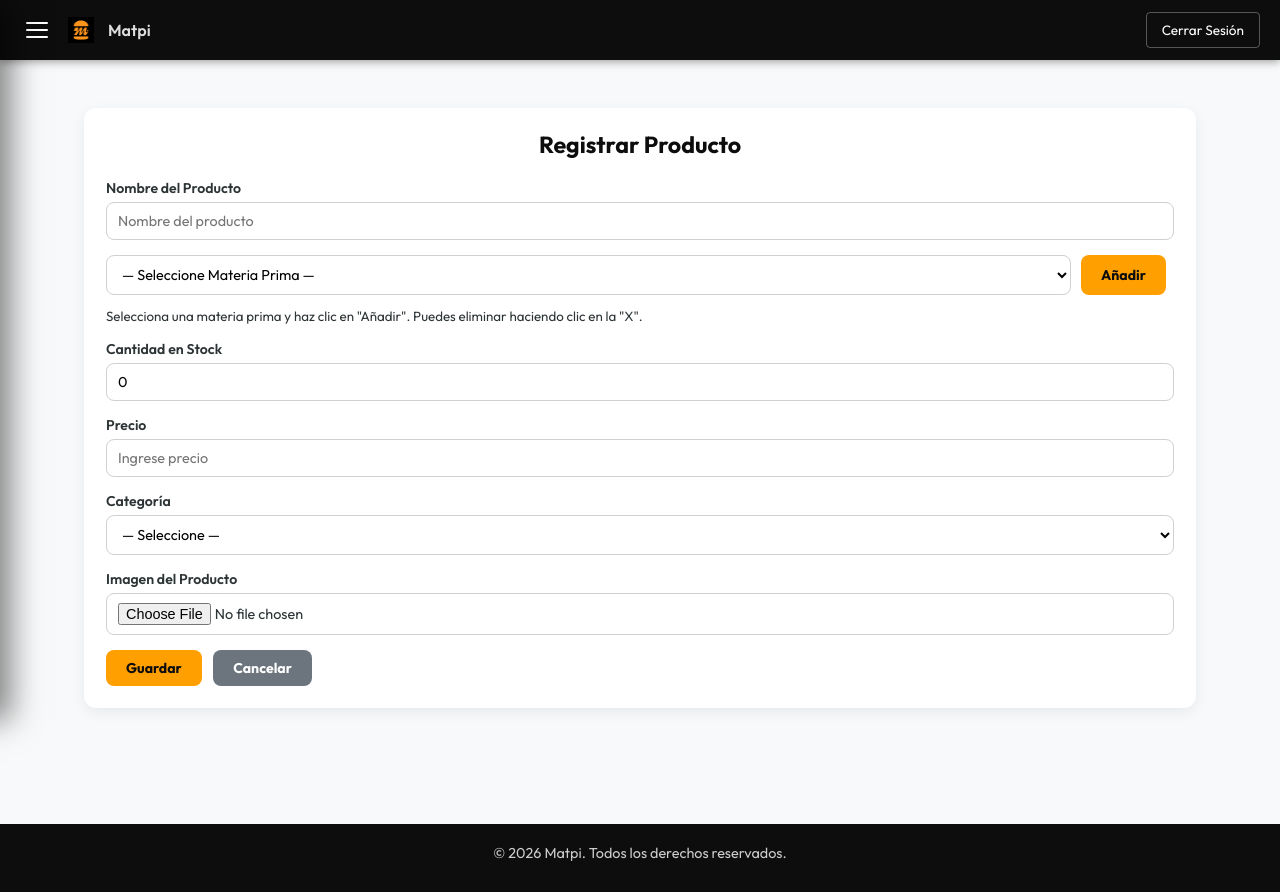
Repository: JuanFelipeNieto/MATPI-Python
Page: MATPI/productos/templates/productos/registrar.html
An editor plug-in stored every save of this project. The page is shown before and after the next save, followed by the edit.
The browser window is 1280 px wide. The pictures show the whole page.
The template is drawn by Django 5.2. The application's start-up code is not run. Other server files are loaded and not shown. The template is opened directly, without the code that normally fills it, so the values that code supplies are empty.

Above is the page before, as saved 2026-03-17 18:38:02.

### MATPI/productos/templates/productos/registrar.html
{% extends 'base.html' %}

{% block title %}Registrar Producto — Matpi{% endblock %}

{% block content %}
<div class="formulario-seccion">
    <h1>Registrar Producto</h1>

    <form method="POST" action="{% url 'registrar_producto' %}" enctype="multipart/form-data">
        {% csrf_token %}



        <div class="form-group">
            <label for="txt_nombre">Nombre del Producto</label>
            <input type="text" id="txt_nombre" name="txt_nombre" placeholder="Nombre del producto" required>
        </div>

        <div class="form-group">
            <label for="sel_materia"></label>
            <div style="display: flex; gap: 10px; margin-bottom: 10px;">
                <select id="sel_materia" class="form-control" style="flex-grow: 1;">
                    <option value="">— Seleccione Materia Prima —</option>
                    {% for materia in materias_primas %}
                        <option value="{{ materia.nombre_materia_prima }}">{{ materia.nombre_materia_prima }} ({{ materia.unidad_medida }})</option>
                    {% endfor %}
                </select>
                <button type="button" id="btn_add_materia" class="btn btn-consultar" style="width: auto;">Añadir</button>
            </div>

            <ul id="lista_materias" style="list-style: none; padding: 0; display: flex; flex-wrap: wrap; gap: 8px;">
                <!-- Aquí se añadirán las materias seleccionadas -->
            </ul>

            <input type="hidden" id="txt_descripcion" name="txt_descripcion" value="">
            <small>Selecciona una materia prima y haz clic en "Añadir". Puedes eliminar haciendo clic en la "X".</small>
        </div>

        <script>
            document.addEventListener('DOMContentLoaded', function() {
                const selMateria = document.getElementById('sel_materia');
                const btnAdd = document.getElementById('btn_add_materia');
                const listaMaterias = document.getElementById('lista_materias');
                const hiddenDesc = document.getElementById('txt_descripcion');

                let materiasSeleccionadas = [];

                function actualizarHidden() {
                    hiddenDesc.value = materiasSeleccionadas.join(', ');
                }

                function renderLista() {
                    listaMaterias.innerHTML = '';
                    materiasSeleccionadas.forEach((materia, index) => {
                        const li = document.createElement('li');
                        li.style.backgroundColor = '#f0f0f0';
                        li.style.padding = '5px 12px';
                        li.style.borderRadius = '20px';
                        li.style.display = 'flex';
                        li.style.alignItems = 'center';
                        li.style.gap = '8px';
                        li.style.fontSize = '0.9em';
                        li.style.border = '1px solid #ddd';

                        li.innerHTML = `
                            <span>${materia}</span>
                            <span style="cursor: pointer; color: #ff4d4d; font-weight: bold;" onclick="eliminarMateria(${index})">×</span>
                        `;
                        listaMaterias.appendChild(li);
                    });
                }

                window.eliminarMateria = function(index) {
                    materiasSeleccionadas.splice(index, 1);
                    renderLista();
                    actualizarHidden();
                };

                btnAdd.addEventListener('click', function() {
                    const valor = selMateria.value;
                    if (valor && !materiasSeleccionadas.includes(valor)) {
                        materiasSeleccionadas.push(valor);
                        renderLista();
                        actualizarHidden();
                        selMateria.value = '';
                    } else if (materiasSeleccionadas.includes(valor)) {
                        alert('Esta materia ya ha sido añadida.');
                    }
                });
            });
        </script>

        <div class="form-group">
            <label for="txt_cantidad">Cantidad en Stock</label>
            <input type="number" id="txt_cantidad" name="txt_cantidad" placeholder="0" value="0">
        </div>

        <div class="form-group">
            <label for="txt_precio">Precio</label>
            <input type="number" id="txt_precio" name="txt_precio" placeholder="Ingrese precio" required>
        </div>

        <div class="form-group">
            <label for="txt_categoria">Categoría</label>
            <select id="txt_categoria" name="txt_categoria">
                <option value="">— Seleccione —</option>
                <option value="Hamburguesas">Hamburguesas</option>
                <option value="Perros Calientes">Perros Calientes</option>
                <option value="Entradas y Snacks">Entradas y Snacks</option>
                <option value="Combos">Combos</option>
                <option value="Bebidas">Bebidas</option>
                <option value="Postres">Postres</option>
                <option value="Adiciones">Adiciones</option>
                <option value="Salsas">Salsas</option>
            </select>
        </div>

        <div class="form-group">
            <label for="txt_imagen">Imagen del Producto</label>
            <input type="file" id="txt_imagen" name="txt_imagen" accept="image/*">
        </div>

        <button type="submit" class="btn btn-guardar">Guardar</button>
        <a href="{% url 'listar_productos' %}" class="btn btn-cancelar">Cancelar</a>
    </form>
</div>
{% endblock %}

### MATPI/templates/base.html
{% load static %}
<!DOCTYPE html>
<html lang="es">

<head>
    <meta charset="UTF-8">
    <meta name="viewport" content="width=device-width, initial-scale=1.0">
    <title>{% block title %}Matpi{% endblock %}</title>
    <link rel="icon" href="{% static 'img/Favicon.png' %}">
    <link rel="preconnect" href="https://fonts.googleapis.com">
    <link rel="preconnect" href="https://fonts.gstatic.com" crossorigin>
    <link href="https://fonts.googleapis.com/css2?family=Outfit:wght@300;400;600;700&display=swap" rel="stylesheet">
    <link rel="stylesheet" href="{% static 'css/matpi.css' %}">
    {% block extra_css %}{% endblock %}
</head>

<body>

    <div class="sidebar-overlay" id="sidebarOverlay"></div>

    <aside class="sidebar" id="sidebar">
        <button class="sidebar-close-btn" id="sidebarCloseBtn" title="Cerrar menú">✕</button>

        <div class="sidebar-header">
            <a href="{% url 'dashboard' %}" class="sidebar-header-link">
                <img src="{% static 'img/Logomatpi.png' %}" alt="Matpi" class="sidebar-logo">
                <span class="sidebar-brand">Matpi</span>
            </a>
        </div>

        <nav class="sidebar-nav">
            <div class="nav-section">
                <span class="nav-section-label">General</span>
                <a href="{% url 'dashboard' %}" class="sidebar-link" title="Dashboard">
                    <span class="sidebar-icon">🏠</span>
                    <span class="sidebar-label">Dashboard</span>
                </a>
            </div>

            <div class="nav-section">
                <span class="nav-section-label">Operaciones</span>
                <a href="{% url 'listar_pedidos' %}" class="sidebar-link" title="Pedidos">
                    <span class="sidebar-icon">📋</span>
                    <span class="sidebar-label">Pedidos</span>
                </a>
                <a href="{% url 'listar_facturas' %}" class="sidebar-link" title="Facturas">
                    <span class="sidebar-icon">💰</span>
                    <span class="sidebar-label">Facturas</span>
                </a>
                <a href="{% url 'listar_reservas' %}" class="sidebar-link" title="Reservas">
                    <span class="sidebar-icon">🪑</span>
                    <span class="sidebar-label">Reservas</span>
                </a>
                <a href="{% url 'listar_clientes' %}" class="sidebar-link" title="Clientes">
                    <span class="sidebar-icon">👥</span>
                    <span class="sidebar-label">Clientes</span>
                </a>
            </div>

            <div class="nav-section">
                <span class="nav-section-label">Inventario</span>
                <a href="{% url 'listar_productos' %}" class="sidebar-link" title="Productos">
                    <span class="sidebar-icon">🍔</span>
                    <span class="sidebar-label">Productos</span>
                </a>
                <a href="{% url 'listar_materia_prima' %}" class="sidebar-link" title="Materia Prima">
                    <span class="sidebar-icon">🥬</span>
                    <span class="sidebar-label">Materia Prima</span>
                </a>
                <a href="{% url 'listar_proveedores' %}" class="sidebar-link" title="Proveedores">
                    <span class="sidebar-icon">🚚</span>
                    <span class="sidebar-label">Proveedores</span>
                </a>
            </div>

            {% if es_admin %}
            <div class="nav-section">
                <span class="nav-section-label">Administración</span>
                <a href="{% url 'listar_usuarios' %}" class="sidebar-link" title="Gestión de Cajeros">
                    <span class="sidebar-icon">👤</span>
                    <span class="sidebar-label">Cajeros</span>
                </a>
            </div>
            {% endif %}

        </nav>

        <a href="{% url 'ver_perfil' request.session.usuario_id %}" class="sidebar-footer" title="Mi Perfil">
            <div class="user-avatar-mini" style="width: 35px; height: 35px; background: var(--primary); border-radius: 10px; display: flex; align-items: center; justify-content: center; font-size: 1.2rem; color: var(--black); font-weight: bold; flex-shrink: 0;">
                👤
            </div>
            <div class="sidebar-label" style="overflow: hidden; text-overflow: ellipsis; white-space: nowrap;">
                <span style="display: block; color: var(--white); font-weight: 600;">{{ request.session.usuario_nombre|default:"Usuario" }}</span>
                <small style="font-size: 0.65rem; color: var(--primary); font-weight: 800; text-transform: uppercase;">
                    {% if es_admin %}ADMINISTRADOR{% else %}CAJERO{% endif %}
                </small>
            </div>
        </a>
    </aside>

    <div class="page-wrapper" id="pageWrapper">
        <header class="topbar">
            <button class="topbar-menu-btn" id="topbarMenuBtn" title="Abrir menú">
                <span class="hamburger-line"></span>
                <span class="hamburger-line"></span>
                <span class="hamburger-line"></span>
            </button>
            <a href="{% url 'dashboard' %}" class="topbar-logo-link">
                <img src="{% static 'img/Logomatpi.png' %}" alt="Matpi" class="topbar-logo">
            </a>
            <span class="topbar-title">Matpi</span>

            <a href="{% url 'logout' %}" class="logout-btn" style="margin-left: auto; color: white; text-decoration: none; padding: 8px 15px; font-size: 0.85em; border: 1px solid rgba(255,255,255,0.3); border-radius: 4px;" onclick="return confirm('¿Estás seguro de que deseas cerrar sesión?');">Cerrar Sesión</a>
        </header>

        <main>
            {% if messages %}
                <div class="messages-container" style="padding: 15px 20px 0 20px;">
                    {% for message in messages %}
                        <div class="alert alert-{{ message.tags }}"
                             style="padding: 12px; margin-bottom: 10px; border-radius: 6px; border-left: 5px solid
                                    {% if message.tags == 'error' %} #721c24; background-color: #f8d7da; color: #721c24;
                                    {% elif message.tags == 'success' %} #155724; background-color: #d4edda; color: #155724;
                                    {% else %} #856404; background-color: #fff3cd; color: #856404; {% endif %}">
                            {{ message }}
                        </div>
                    {% endfor %}
                </div>
            {% endif %}

            <div class="content-body" style="padding: 20px;">
                {% block content %}{% endblock %}
            </div>
        </main>

        <footer>
            <p>© 2026 Matpi. Todos los derechos reservados.</p>

        </footer>
    </div>

    <script>
        (function () {
            const sidebar = document.getElementById('sidebar');
            const overlay = document.getElementById('sidebarOverlay');
            const openBtn = document.getElementById('topbarMenuBtn');
            const closeBtn = document.getElementById('sidebarCloseBtn');

            function openSidebar() {
                sidebar.classList.add('open');
                overlay.classList.add('active');
                document.body.classList.add('sidebar-open');
            }

            function closeSidebar() {
                sidebar.classList.remove('open');
                overlay.classList.remove('active');
                document.body.classList.remove('sidebar-open');
            }

            openBtn.addEventListener('click', openSidebar);
            closeBtn.addEventListener('click', closeSidebar);
            overlay.addEventListener('click', closeSidebar);

            // Resaltar link activo
            const currentPath = window.location.pathname;
            document.querySelectorAll('.sidebar-link').forEach(function (link) {
                const href = link.getAttribute('href');
                // Si estamos en la raíz del dashboard o en una sub-url del módulo
                if (href === currentPath || (href !== '/' && currentPath.startsWith(href))) {
                    link.classList.add('active');
                }
            });
        })();
    </script>

</body>
</html>

Loaded but not shown: MATPI/static/css/matpi.css (795 lines, source omitted)

After the next save:
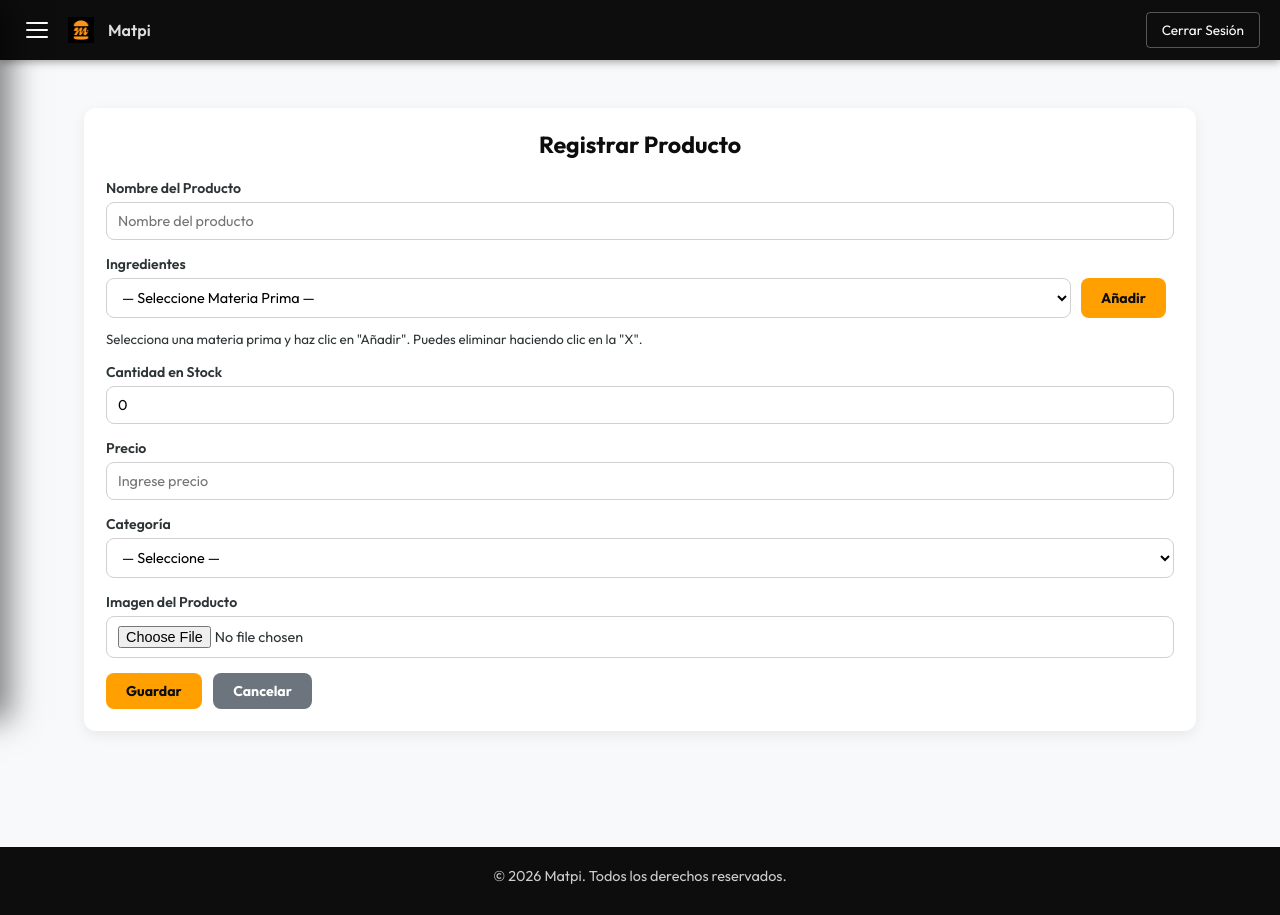
Saved 6 s later.
--- a/MATPI/productos/templates/productos/registrar.html
+++ b/MATPI/productos/templates/productos/registrar.html
@@ -17,7 +17,7 @@
         </div>
 
         <div class="form-group">
-            <label for="sel_materia"></label>
+            <label for="sel_materia">Ingredientes</label>
             <div style="display: flex; gap: 10px; margin-bottom: 10px;">
                 <select id="sel_materia" class="form-control" style="flex-grow: 1;">
                     <option value="">— Seleccione Materia Prima —</option>
